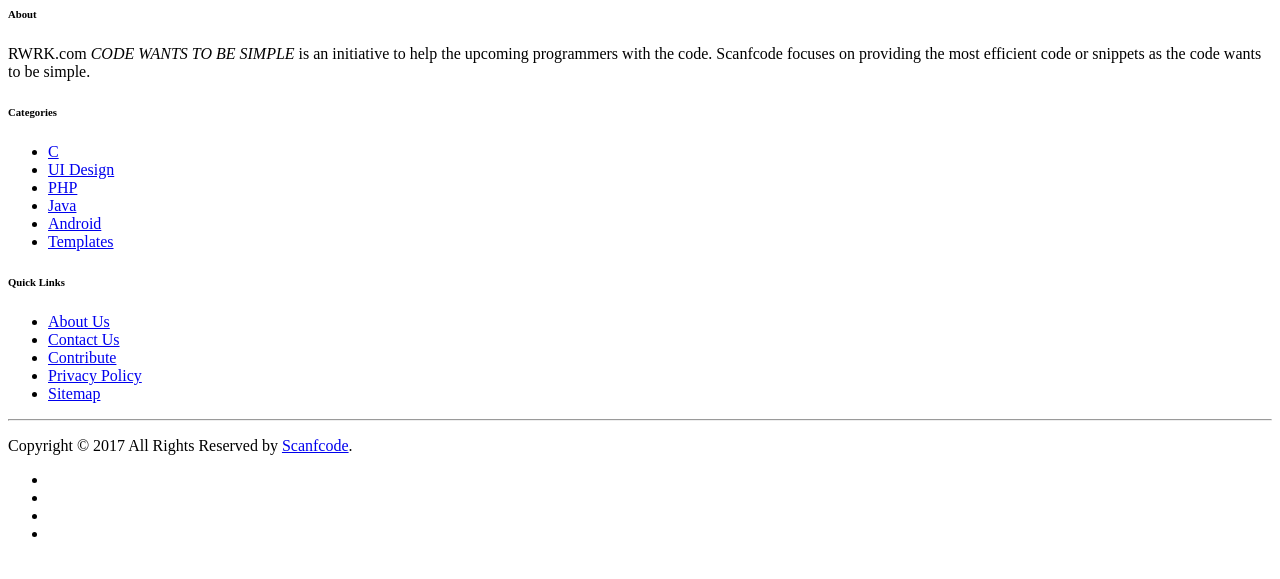
Repository: undeaDD/RWRK
Page: assets/parts/footer.html
These files come from the project's save history. The page is drawn as it stood at one moment and after the next save; the edit follows.
The browser window is 1280 px wide. The pictures show the whole page.

Above is the page before, as saved 2022-04-23 17:17:21.

After the next save:
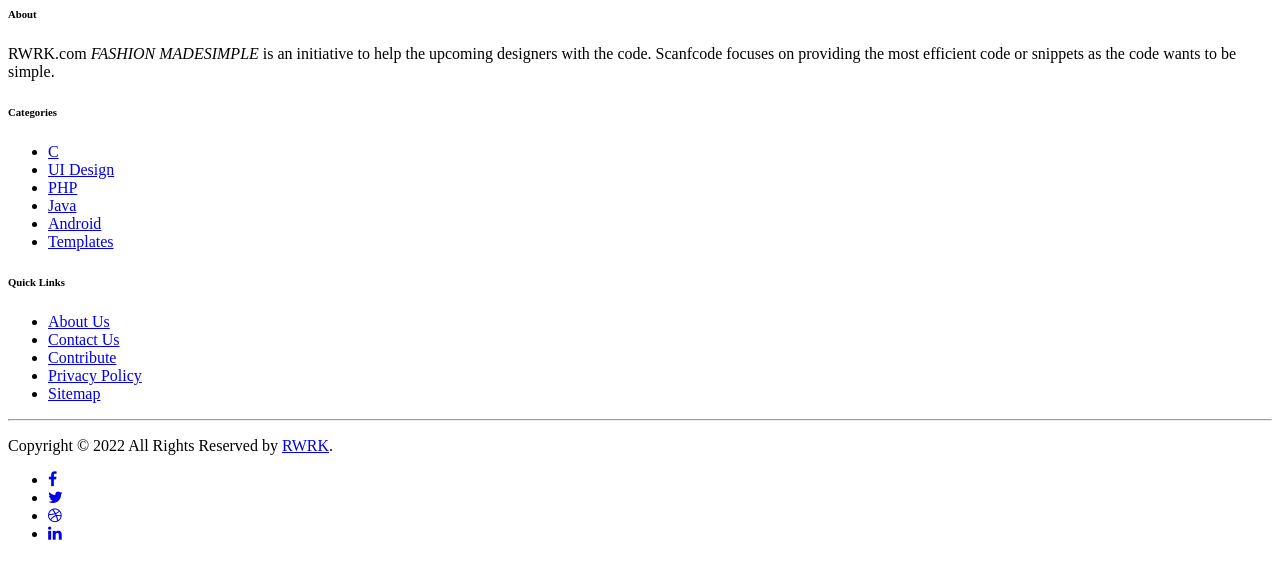
Saved 6 min 9 s later.
--- a/assets/parts/footer.html
+++ b/assets/parts/footer.html
@@ -1,3 +1,4 @@
+<link rel="stylesheet" href="https://cdnjs.cloudflare.com/ajax/libs/font-awesome/4.7.0/css/font-awesome.min.css">
 <div style="height: 300px; width: 100%;" class="bg-dark">
      <!-- Site footer -->
      <footer class="site-footer">
@@ -5,7 +6,7 @@
           <div class="row">
             <div class="col-sm-12 col-md-6">
               <h6>About</h6>
-              <p class="text-justify">RWRK.com <i>CODE WANTS TO BE SIMPLE </i> is an initiative  to help the upcoming programmers with the code. Scanfcode focuses on providing the most efficient code or snippets as the code wants to be simple.</p>
+              <p class="text-justify">RWRK.com <i>FASHION MADESIMPLE </i> is an initiative  to help the upcoming designers with the code. Scanfcode focuses on providing the most efficient code or snippets as the code wants to be simple.</p>
             </div>
 
             <div class="col-xs-6 col-md-3">
@@ -36,8 +37,8 @@
         <div class="container">
           <div class="row">
             <div class="col-md-8 col-sm-6 col-xs-12">
-              <p class="copyright-text">Copyright &copy; 2017 All Rights Reserved by
-           <a href="#">Scanfcode</a>.
+              <p class="copyright-text">Copyright &copy; 2022 All Rights Reserved by
+           <a href="#">RWRK</a>.
               </p>
             </div>
 
